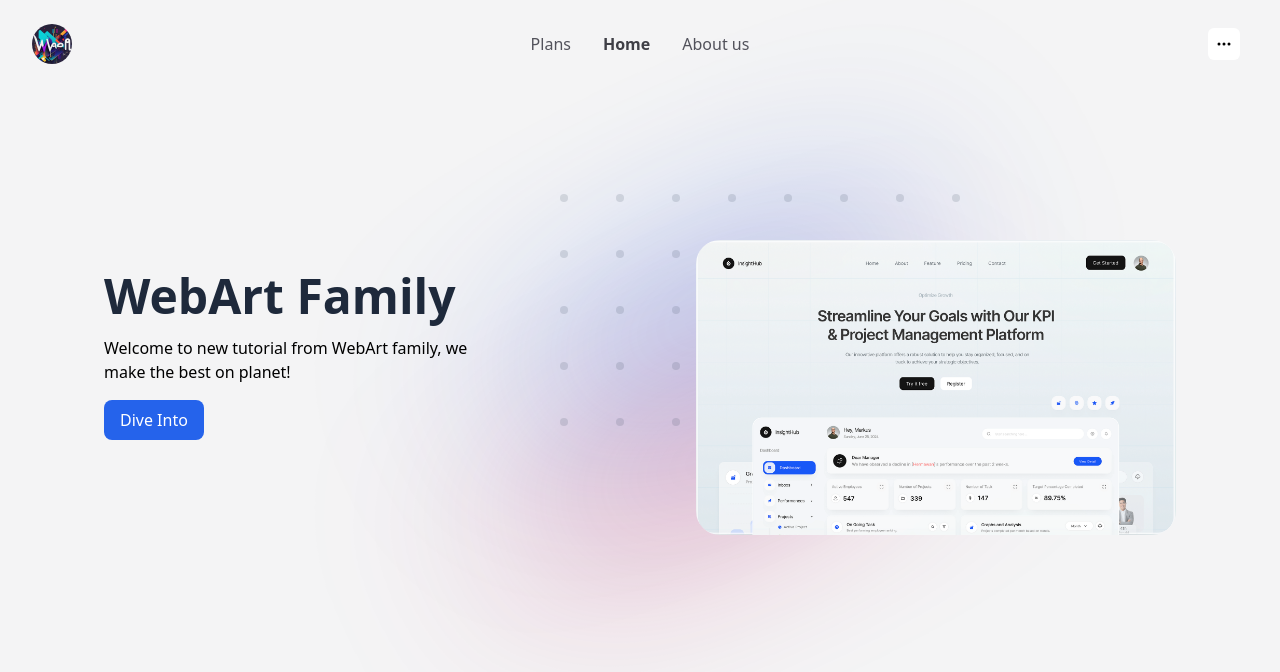
Repository: 30namp/youtube-web-art-code
Page: stunning landing page 1/index.html
An editor plug-in stored every save of this project. The page is shown before and after the next save, followed by the edit.
The browser window is 1280 px wide. The pictures show the whole page.

Above is the page before, as saved 2024-09-26 21:17:50.

After the next save:
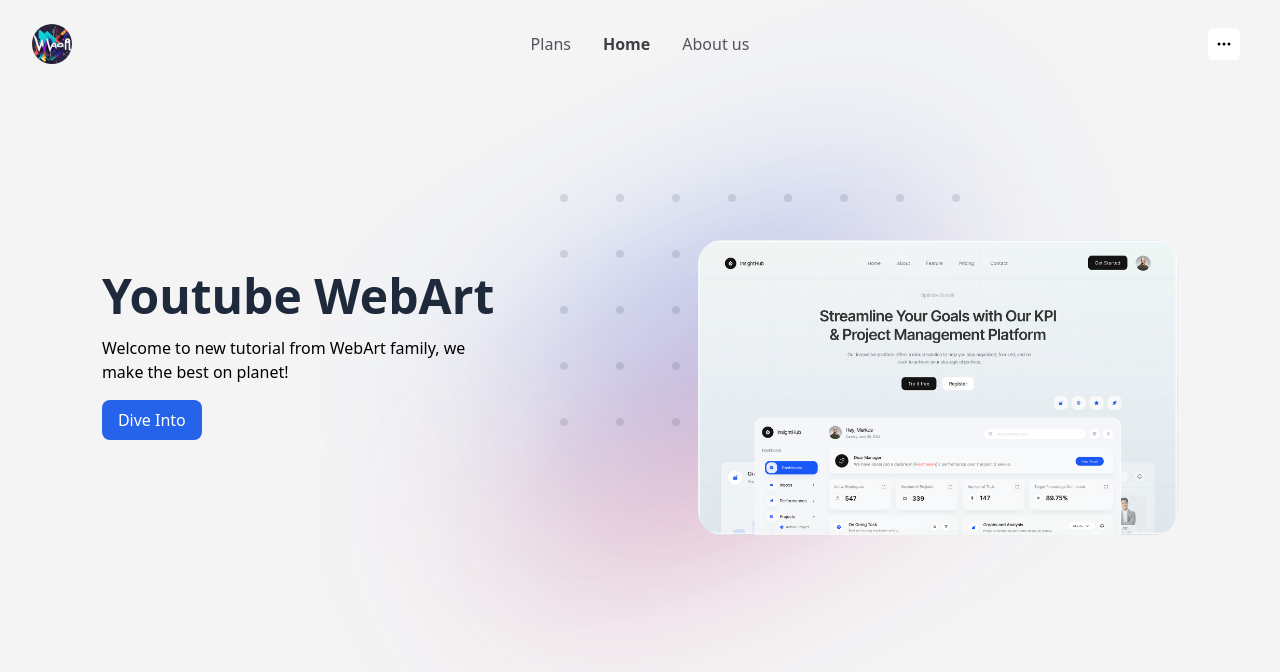
Saved 15 s later.
--- a/stunning landing page 1/index.html
+++ b/stunning landing page 1/index.html
@@ -93,7 +93,7 @@
     <!-- hero section -->
     <div class="hero-section relative pt-60 flex justify-around items-start">
       <div class="content flex flex-col items-start gap-4 pt-8">
-        <h1 class="text-5xl font-bold text-slate-800">WebArt Family</h1>
+        <h1 class="text-5xl font-bold text-slate-800">Youtube WebArt</h1>
         <p class="description w-96">
           Welcome to new tutorial from WebArt family, we make the best on
           planet!
